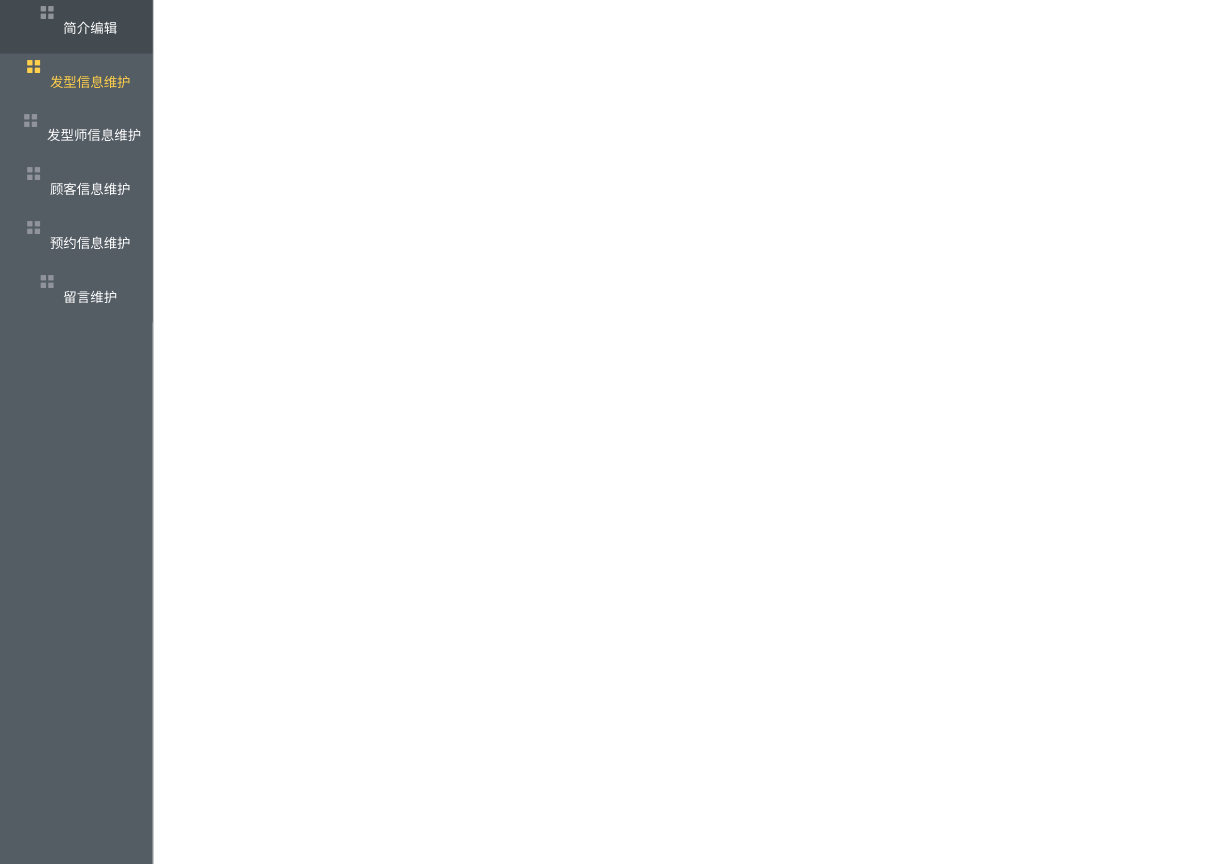
Repository: cjl0805/graduation-design-front
Page: /back/home
These files come from the project's save history. The page is drawn as it stood at one moment and after the next save; the edit follows.
The browser window is 1280 px wide. The pictures show the whole page, at 96% of full size.
The project was rebuilt for these pictures with package versions that can differ from the ones it lists, and the page was loaded fresh each time. Also part of the build but not shown: vue.config.js, src/components/RotationChart.vue, src/components/NavigationBar.vue, src/components/HairStylist.vue, src/components/HairStyle.vue, src/views/font/HairStyleView.vue, src/views/font/HairStylistView.vue, src/views/font/HomeView.vue and 11 more.

Above is the page before, as saved 2023-04-17 16:33:45.

After the next save:
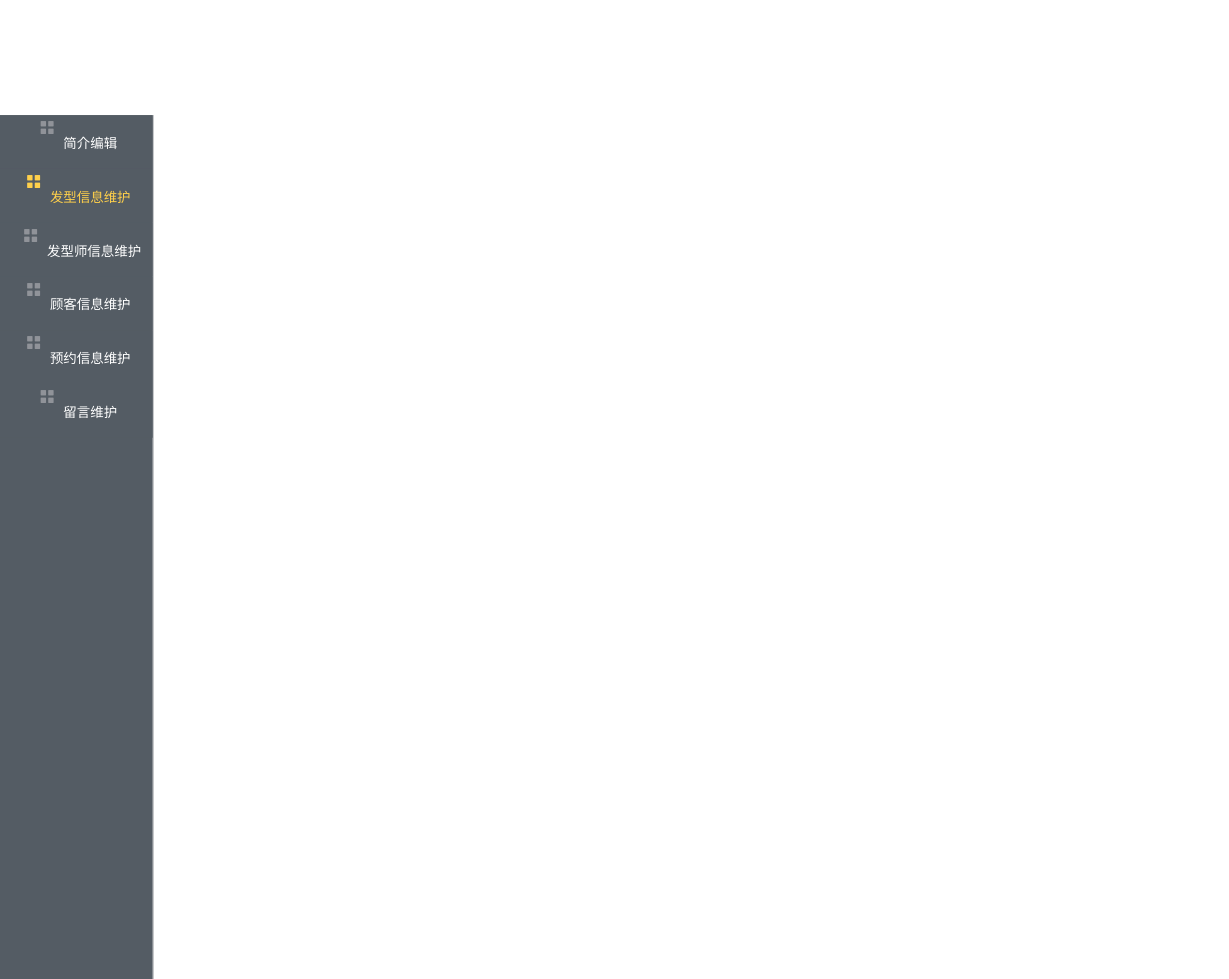
Saved 57 s later.
--- a/src/views/back/MainView.vue
+++ b/src/views/back/MainView.vue
@@ -1,41 +1,44 @@
 <template>
   <div>
-    <el-col :span="3">
-      <el-menu
-        default-active="2"
-        class="el-menu-vertical-demo"
-        @open="handleOpen"
-        @close="handleClose"
-        background-color="#545c64"
-        text-color="#fff"
-        active-text-color="#ffd04b"
-      >
-        <el-menu-item index="1">
-          <i class="el-icon-menu"></i>
-          <span slot="title">简介编辑</span>
-        </el-menu-item>
-        <el-menu-item index="2">
-          <i class="el-icon-menu"></i>
-          <span slot="title">发型信息维护</span>
-        </el-menu-item>
-        <el-menu-item index="3">
-          <i class="el-icon-menu"></i>
-          <span slot="title">发型师信息维护</span>
-        </el-menu-item>
-        <el-menu-item index="4">
-          <i class="el-icon-menu"></i>
-          <span slot="title">顾客信息维护</span>
-        </el-menu-item>
-        <el-menu-item index="5">
-          <i class="el-icon-menu"></i>
-          <span slot="title">预约信息维护</span>
-        </el-menu-item>
-        <el-menu-item index="6">
-          <i class="el-icon-menu"></i>
-          <span slot="title">留言维护</span>
-        </el-menu-item>
-      </el-menu>
-    </el-col>
+    <div class="div1">
+      <el-col :span="3">
+        <el-menu
+          default-active="2"
+          class="el-menu-vertical-demo"
+          @open="handleOpen"
+          @close="handleClose"
+          background-color="#545c64"
+          text-color="#fff"
+          active-text-color="#ffd04b"
+        >
+          <el-menu-item index="1">
+            <i class="el-icon-menu"></i>
+            <span slot="title">简介编辑</span>
+          </el-menu-item>
+          <el-menu-item index="2">
+            <i class="el-icon-menu"></i>
+            <span slot="title">发型信息维护</span>
+          </el-menu-item>
+          <el-menu-item index="3">
+            <i class="el-icon-menu"></i>
+            <span slot="title">发型师信息维护</span>
+          </el-menu-item>
+          <el-menu-item index="4">
+            <i class="el-icon-menu"></i>
+            <span slot="title">顾客信息维护</span>
+          </el-menu-item>
+          <el-menu-item index="5">
+            <i class="el-icon-menu"></i>
+            <span slot="title">预约信息维护</span>
+          </el-menu-item>
+          <el-menu-item index="6">
+            <i class="el-icon-menu"></i>
+            <span slot="title">留言维护</span>
+          </el-menu-item>
+        </el-menu>
+      </el-col>
+    </div>
+    <div class="div2"></div>
   </div>
 </template>
 
